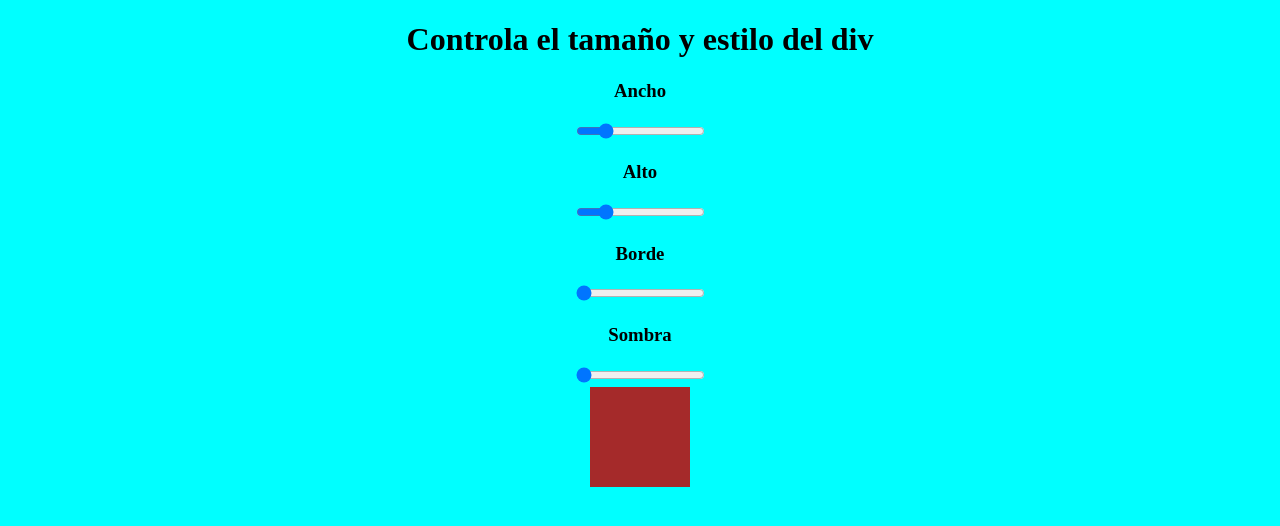
Repository: Kevin8548/Ejercicios-DOM
Page: Deslizador.html
The author's editor kept a copy of each file at every save. The page is drawn from the files as they stood at one save, then again after the next save.
The browser window is 1280 px wide. The pictures show the whole page.

Above is the page before, as saved 2024-10-07 01:35:35.

After the next save:
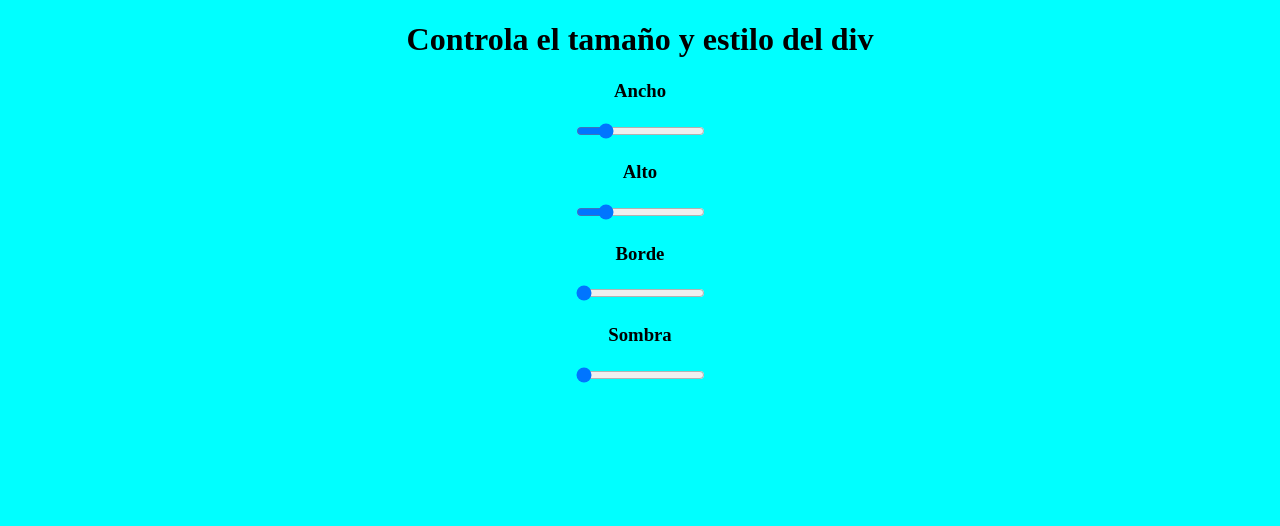
Saved 14 s later.
--- a/Deslizador.html
+++ b/Deslizador.html
@@ -18,7 +18,7 @@
         <h3>Sombra</h3>
         <input type="range" id="sliderSombra" min="0" max="50" value="0" step="1">
     </div>
-    <div class="box"></div>
+    <div class="div"></div>
 
     <script src="./colorsbg/deslizador.js"></script>
 </body>

After the save that followed:
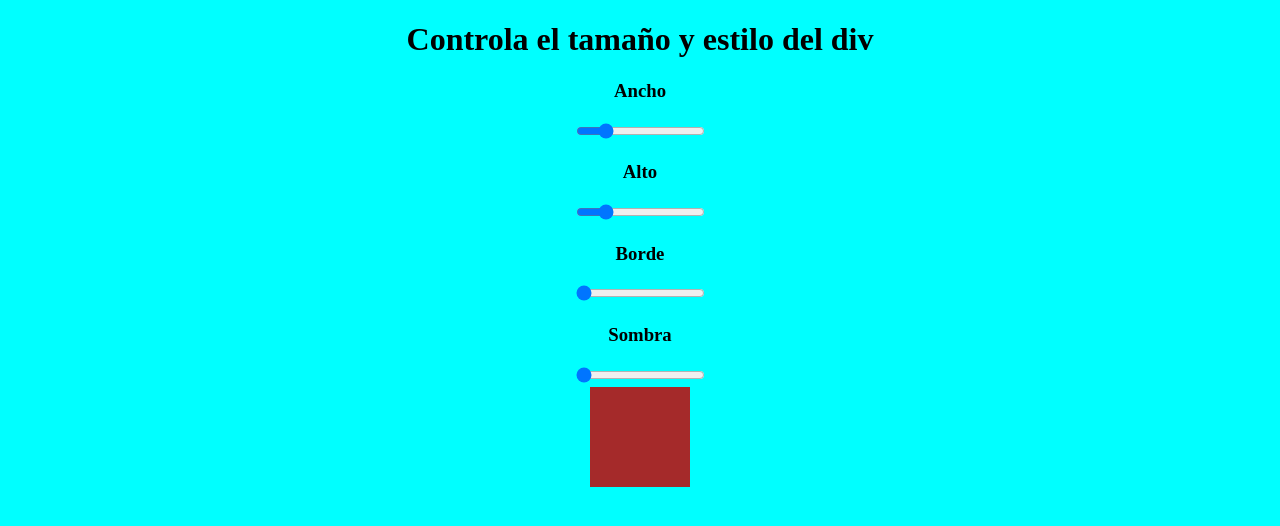
Saved 13 s later.
--- a/deslizadores.css
+++ b/deslizadores.css
@@ -3,7 +3,7 @@ body {
     text-align: center;
 }
 
-.box {
+.div {
     width: 100px;
     height: 100px;
     background-color: brown;
